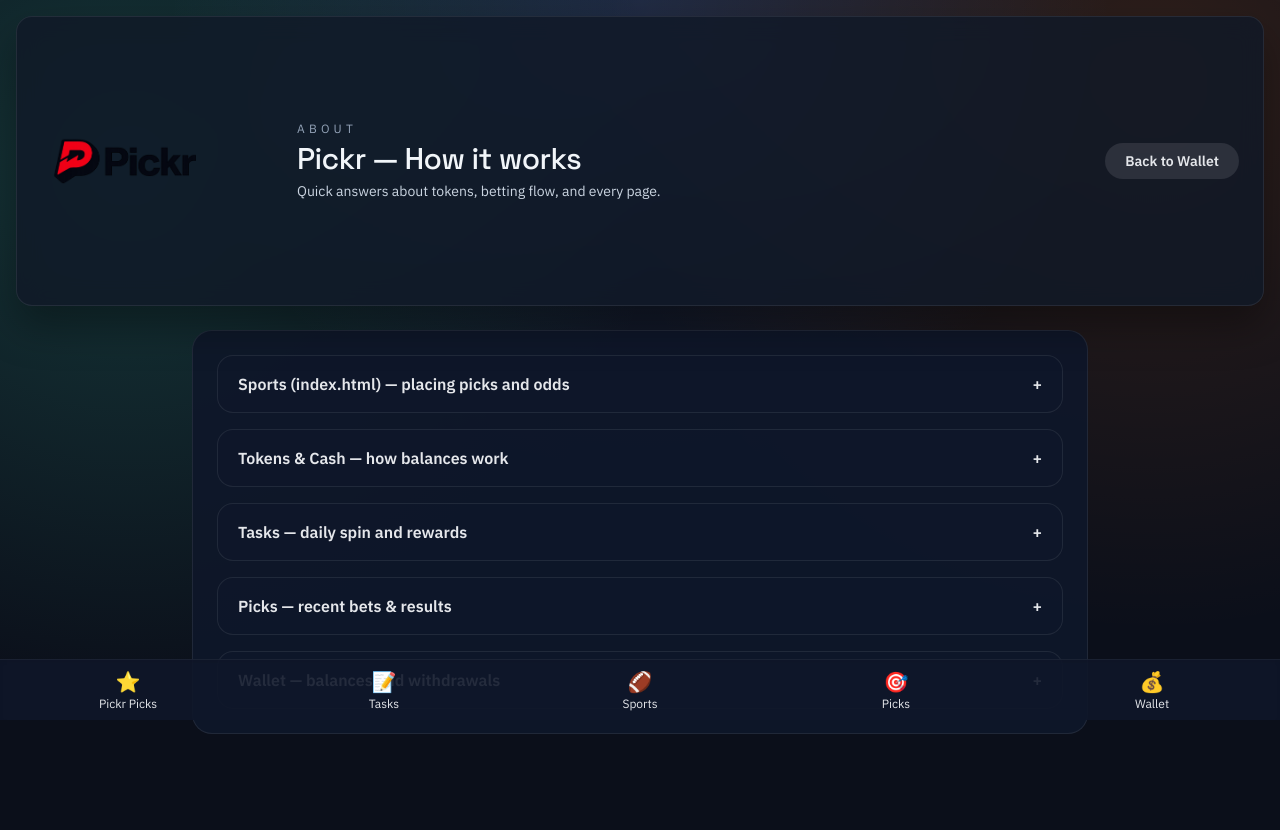
Repository: prav2004/therealdeal
Page: public/about.html
An editor plug-in stored every save of this project. The page is shown before and after the next save, followed by the edit.
The browser window is 1280 px wide. The pictures show the whole page.
Some web libraries are served in a nearby version.

Above is the page before, as saved 2026-02-12 23:31:17.

After the next save:
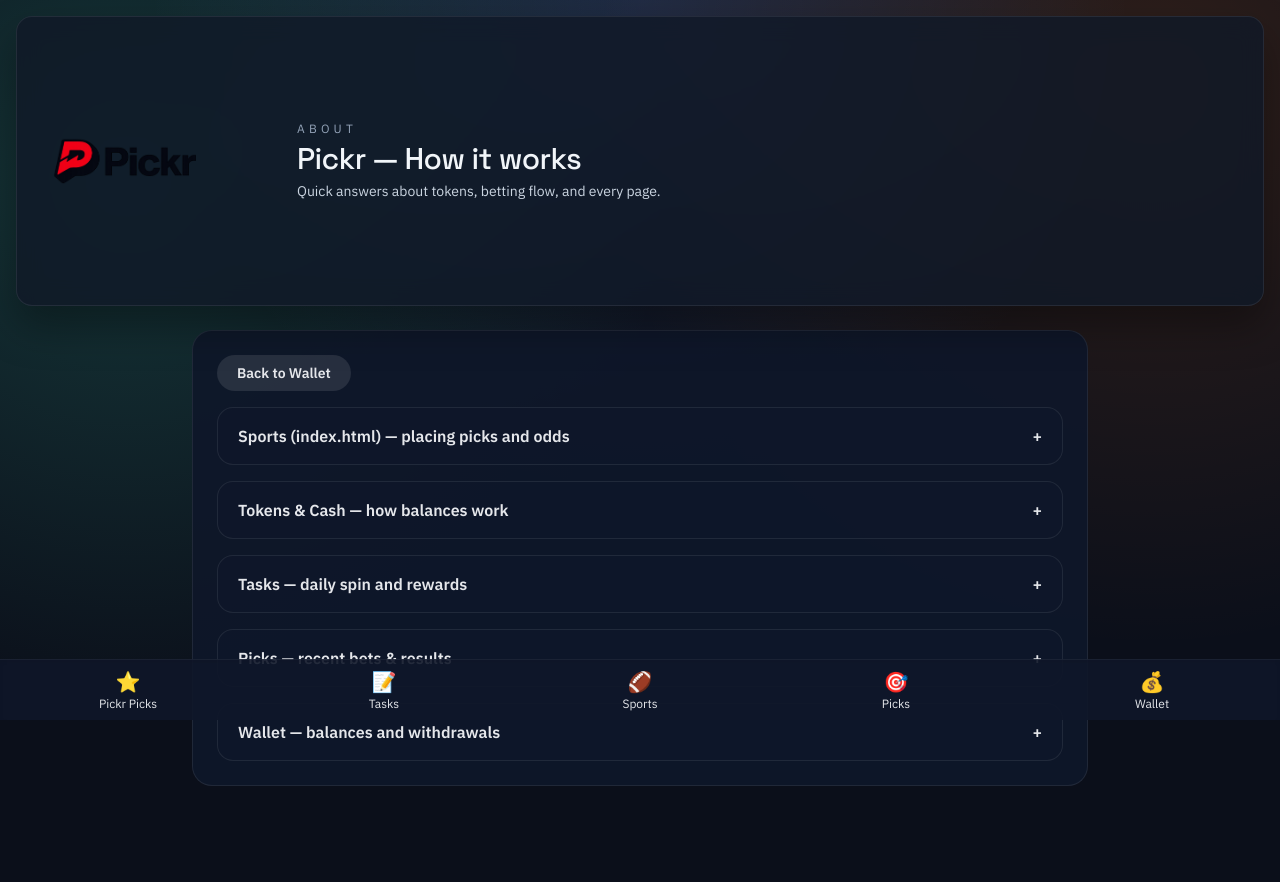
Saved 76 min 26 s later.
--- a/public/about.html
+++ b/public/about.html
@@ -78,11 +78,13 @@
           <p class="text-sm text-slate-300">Quick answers about tokens, betting flow, and every page.</p>
         </div>
       </div>
-      <a href="wallet.html" class="inline-flex items-center justify-center px-5 py-2 rounded-full bg-white/10 hover:bg-white/20 text-sm font-semibold">Back to Wallet</a>
     </header>
 
     <main class="flex-1 px-4 pt-6 page-main">
       <section class="panel p-6 max-w-4xl mx-auto">
+        <div class="mb-4">
+          <a href="wallet.html" class="inline-flex items-center justify-center px-5 py-2 rounded-full bg-white/10 hover:bg-white/20 text-sm font-semibold">Back to Wallet</a>
+        </div>
         <div class="space-y-4" id="aboutAccordion">
           <div>
             <button class="accordion-btn" type="button" data-target="sports">
